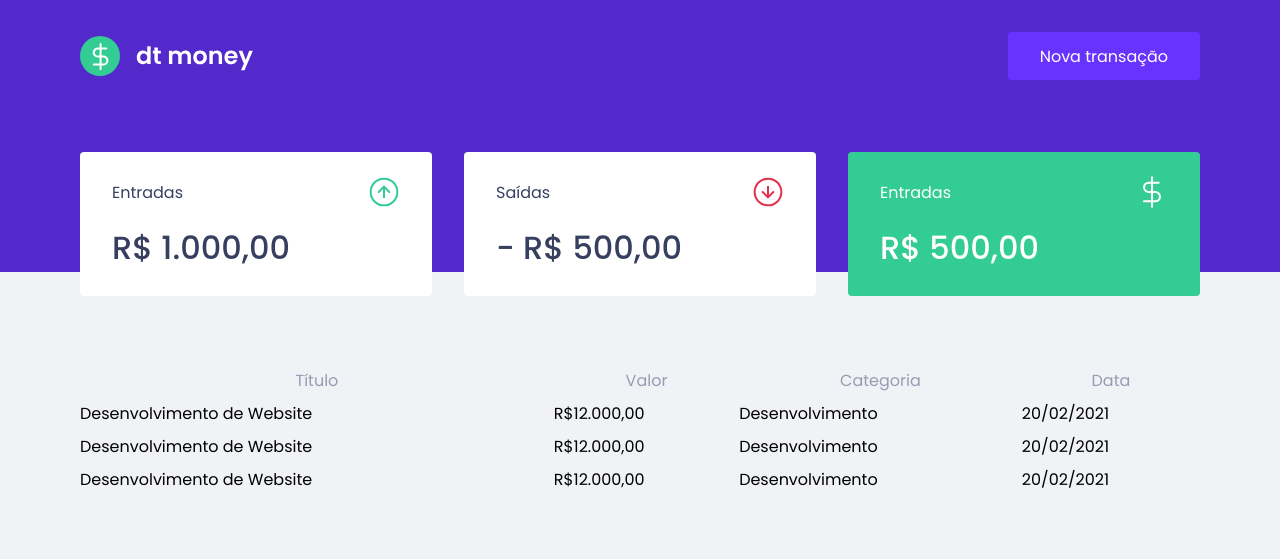
Repository: lucaslopesdevv/dtmoney
Page: /
The author's editor kept a copy of each file at every save. The page is drawn from the files as they stood at one save, then again after the next save.
The browser window is 1280 px wide. The pictures show the whole page.
The project was rebuilt for these pictures with package versions that can differ from the ones it lists, and the page was loaded fresh each time.

Above is the page before, as saved 2021-12-06 22:05:18.

After the next save:
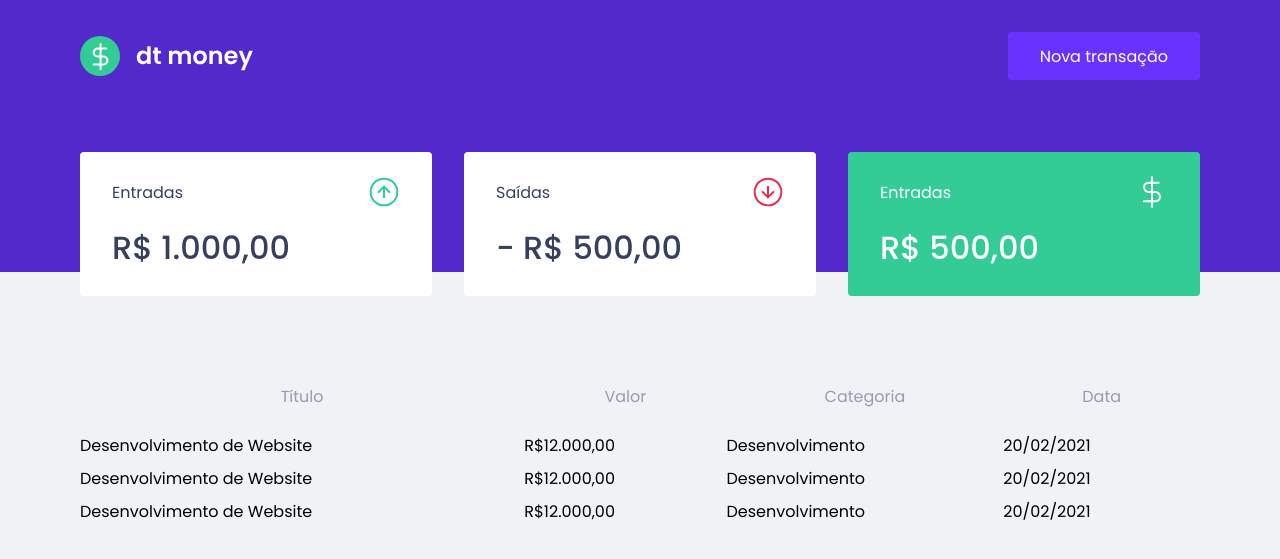
Saved 9 s later.
--- a/src/components/TransactionsTable/styles.ts
+++ b/src/components/TransactionsTable/styles.ts
@@ -12,6 +12,7 @@ export const Container = styled.div`
     th{
         color: var(--text-body);
         font-weight: 400;
+        padding: 1rem 2rem;
     }
 
 `;
